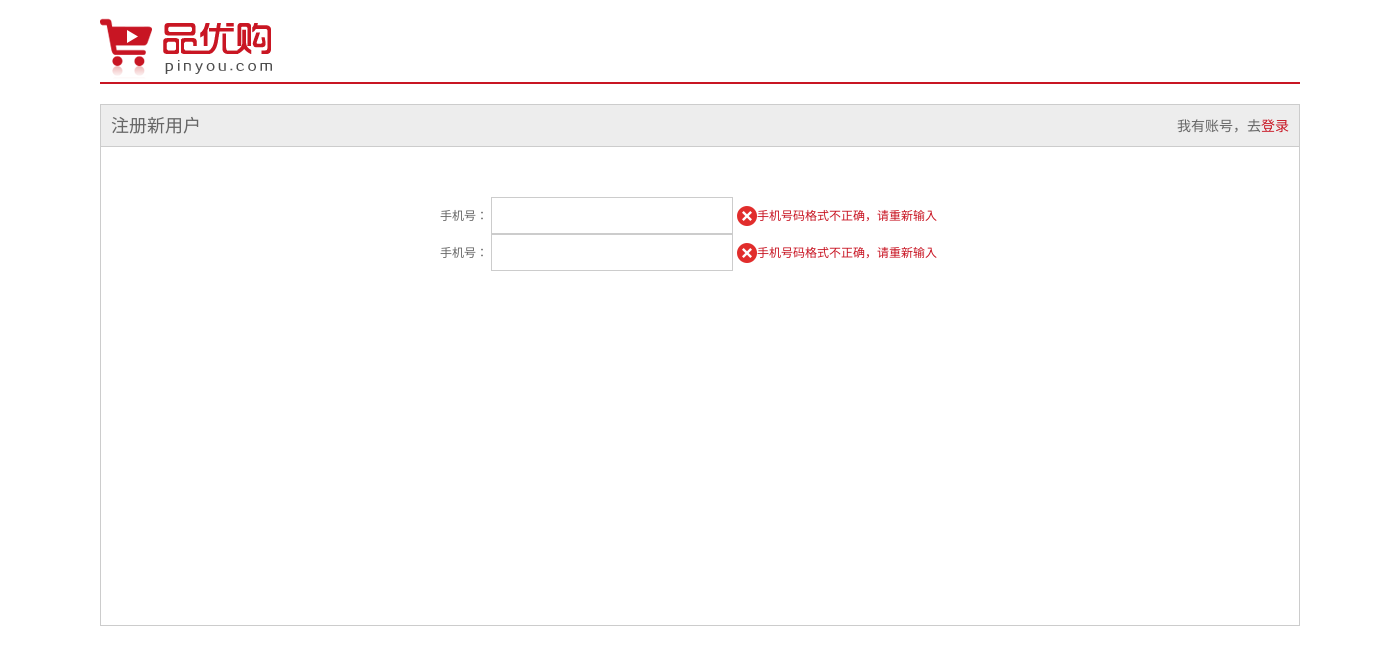
Repository: ywq0312/PinYouGou
Page: register.html
An editor plug-in stored every save of this project. The page is shown before and after the next save, followed by the edit.
The browser window is 1280 px wide. The page is 1400 px wide, so the pictures cover 1400 px, including what lies to the right of the window. The pictures show the whole page.

Above is the page before, as saved 2021-06-28 13:47:12.

### register.html
<!DOCTYPE html>
<html lang="en">
<head>
    <meta charset="UTF-8">
    <meta http-equiv="X-UA-Compatible" content="IE=edge">
    <meta name="viewport" content="width=device-width, initial-scale=1.0">
    <title>个人注册</title>
    <!-- 引入网站favicon图标 -->
    <link rel="shortcut icon" href="pin.ico" />
    <!-- 引入初始化样式文件 -->
    <link rel="stylesheet" href="./css/base.css">
    <!-- 引入注册页面的css样式 -->
    <link rel="stylesheet" href="./css/register.css">
</head>
<body>
    <div class="w">
        <header>
            <div class="logo">
                <a href="index.html"><img src="./images/logo.png" alt=""></a>
            </div>
        </header>
        <div class="registerarea">
            <h3>注册新用户
                <div class="login">我有账号，去<a href="#">登录</a></div>
            </h3>
            <div class="reg-form">
                <ul>
                    <li><label for="">手机号：</label> <input type="text" name="" id="">
                        <span class="error"> <i class="error-icon"></i>手机号码格式不正确，请重新输入</span>
                    </li>
                    <li><label for="">手机号：</label> <input type="text" name="" id="">
                        <span class="error"> <i class="error-icon"></i>手机号码格式不正确，请重新输入</span>
                    </li>
                </ul>
            </div>
        </div>
        <footer>

        </footer>
    </div>
</body>
</html>

### css/base.css
/* 把我们所有标签的内外边距清零 */
* {
    margin: 0;
    padding: 0;
    /* css3盒子模型 */
    box-sizing: border-box;
}
/* em 和 i 斜体的文字不倾斜 */
em,
i {
    font-style: normal;
}
/* 去掉li 的小圆点 */
li {
    list-style: none;
}

img {
    /* border 0 照顾低版本浏览器 如果 图片外面包含了链接会有边框的问题 */
    border: 0;
    /* 取消图片底侧有空白缝隙的问题 */
    vertical-align: middle;
}

button {
    /* 当我们鼠标经过button 按钮的时候，鼠标变成小手 */
    cursor: pointer;
}

a {
    color: #666;
    text-decoration: none;
}

a:hover {
    color: #c81623;
}

button,
input {
    /* "\5B8B\4F53" 就是宋体的意思 这样浏览器兼容性比较好 */
    font-family: Microsoft YaHei, Heiti SC, tahoma, arial, Hiragino Sans GB, "\5B8B\4F53", sans-serif;
    /* 默认有灰色边框 需要我们手动去掉 */
    border: 0;
    /* 去掉点击后的蓝色边框 */
    outline: none;
}

body {
    /* CSS3 抗锯齿形 让文字显示的更加清晰 */
    -webkit-font-smoothing: antialiased;
    background-color: #fff;
    font: 12px/1.5 Microsoft YaHei, Heiti SC, tahoma, arial, Hiragino Sans GB, "\5B8B\4F53", sans-serif;
    color: #666;
    min-width: 1400px;
}

.hide,
.none {
    display: none;
}
/* 清除浮动 */
.clearfix:after {
    visibility: hidden;
    clear: both;
    display: block;
    content: ".";
    height: 0;
}

.clearfix {
    *zoom: 1;
}

### css/register.css
/* 注册页面样式 */
.w{
    width: 1200px;
    margin: 0 auto;
}
header{
    height: 84px;
    border-bottom: 2px solid #c81523;
}
header .logo{
    /* 用margin-top会有外边距塌陷问题（因为外面一个大盒子，里面又放了一个小盒子），可以用padding */
    padding-top: 18px;
}
.registerarea{
    height: 522px;
    border: 1px solid #ccc;
    margin-top: 20px;
}
.registerarea h3{
    height: 42px;
    border-bottom: 1px solid #ccc;
    background-color: #ededed;
    line-height: 42px;
    padding: 0 10px;
    font-size: 18px;
    font-weight: 400;
}
.login{
    float: right;
    font-size: 14px;
}
.login a {
    color: #c81523;
}
.reg-form{
    width: 600px;
    margin: 50px auto 0;
}
.reg-form ul li label{
    display: inline-block;
    width: 88px;
    text-align: right;
}
.reg-form ul li input{
    width: 242px;
    height: 37px;
    border: 1px solid #ccc;
}
.error{
    color: #c81523;
}
.error-icon{
    display: inline-block;
    vertical-align: middle;
    width: 20px;
    height: 20px;
    background: url(../images/error.png) no-repeat;
    margin-top: -2px;
}

After the next save:
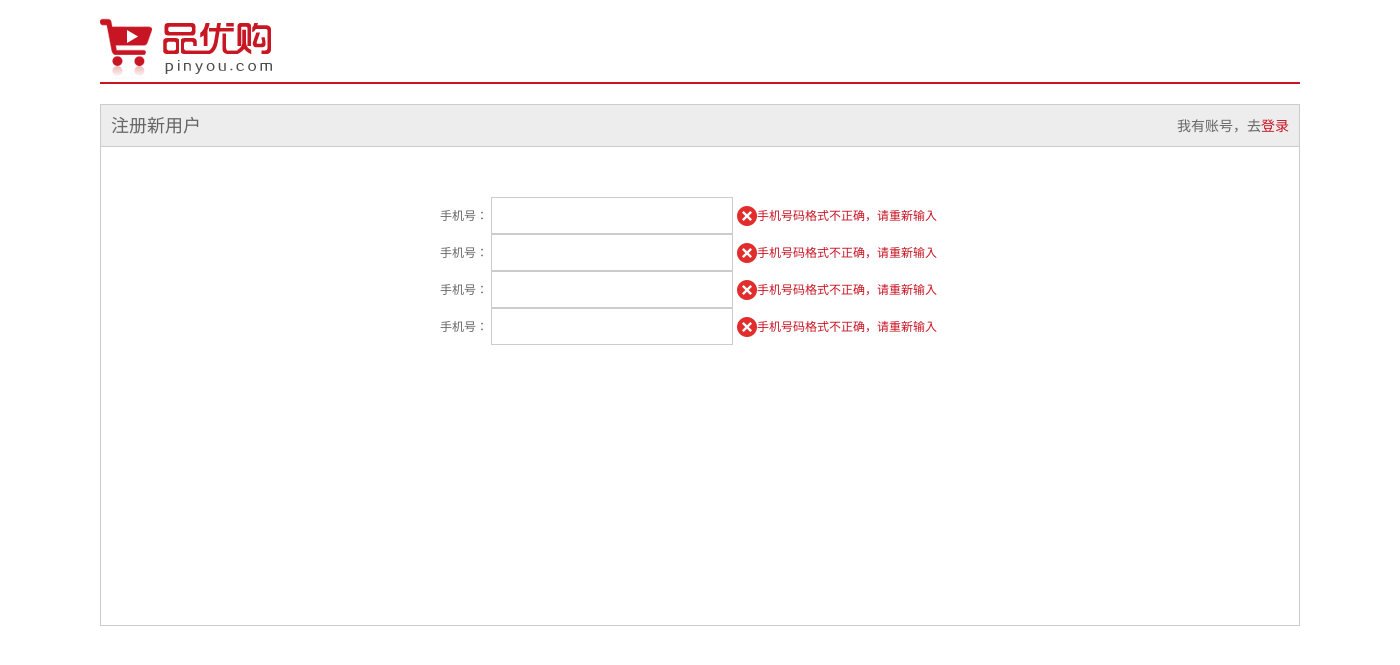
Saved 13 s later.
--- a/register.html
+++ b/register.html
@@ -31,6 +31,12 @@
                     <li><label for="">手机号：</label> <input type="text" name="" id="">
                         <span class="error"> <i class="error-icon"></i>手机号码格式不正确，请重新输入</span>
                     </li>
+                    <li><label for="">手机号：</label> <input type="text" name="" id="">
+                        <span class="error"> <i class="error-icon"></i>手机号码格式不正确，请重新输入</span>
+                    </li>
+                    <li><label for="">手机号：</label> <input type="text" name="" id="">
+                        <span class="error"> <i class="error-icon"></i>手机号码格式不正确，请重新输入</span>
+                    </li>
                 </ul>
             </div>
         </div>
